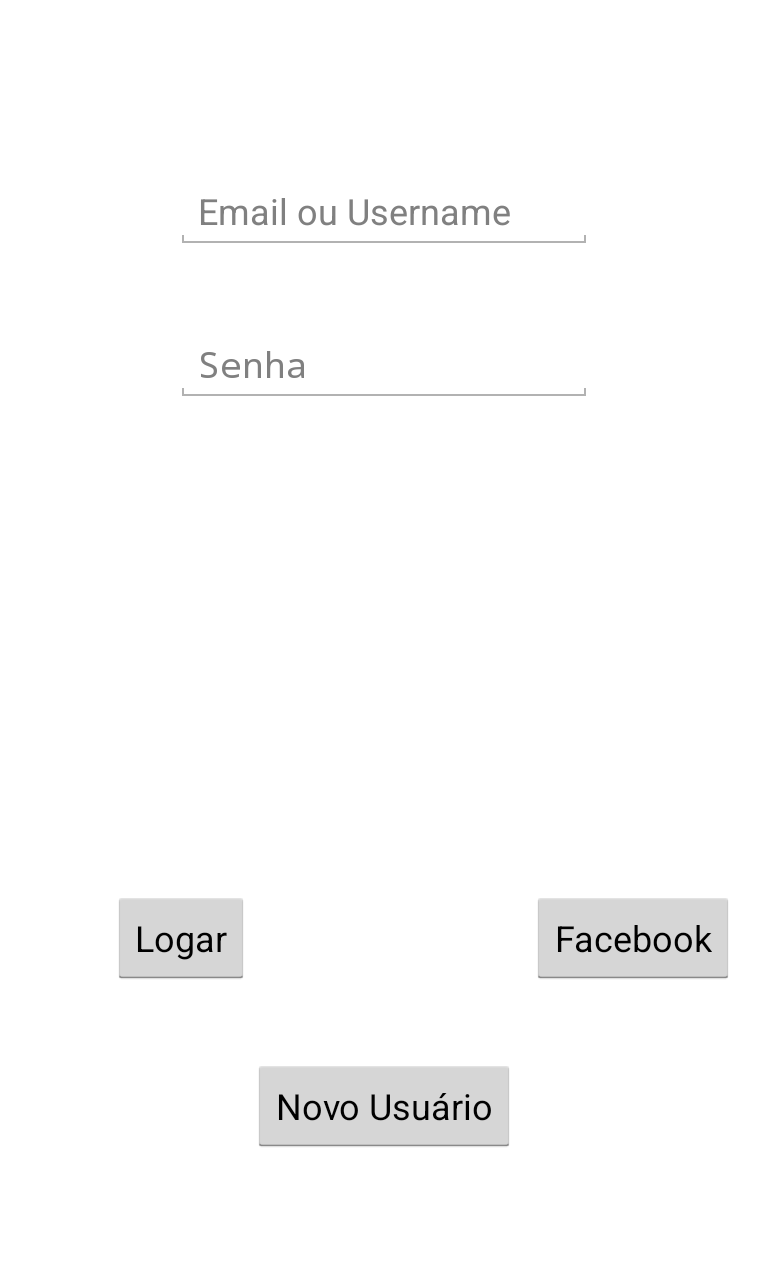
Repository: sergiofffilho/TrocandoIdeias
Layout: workspace/TrocandoIdeias/res/layout/activity_tela_login.xml
These files come from the project's save history. The layout is drawn as it stood at one moment and after the next save; the edit follows.
It is drawn on a 768 x 1280 px phone screen (xhdpi) without system bars, with theme AppTheme; the app's code is not run. The app's manifest (not shown) leaves right-to-left support off. So textAlignment, textDirection and layoutDirection are ignored, and left and right values win over start and end ones.

Above is the layout before, as saved 2015-04-28 12:38:54.

### workspace/TrocandoIdeias/res/layout/activity_tela_login.xml
<RelativeLayout xmlns:android="http://schemas.android.com/apk/res/android"
    xmlns:tools="http://schemas.android.com/tools"
    android:layout_width="match_parent"
    android:layout_height="match_parent"
    android:paddingBottom="@dimen/activity_vertical_margin"
    android:paddingLeft="@dimen/activity_horizontal_margin"
    android:paddingRight="@dimen/activity_horizontal_margin"
    android:paddingTop="@dimen/activity_vertical_margin"
    tools:context="ufc.quixada.trocandoideias.TelaLogin" >

    <EditText
        android:id="@+id/username"
        android:layout_width="wrap_content"
        android:layout_height="wrap_content"
        android:layout_alignParentTop="true"
        android:layout_centerHorizontal="true"
        android:layout_marginTop="70dp"
        android:ems="10"
        android:hint="@string/username" />

    <EditText
        android:id="@+id/senha"
        android:layout_width="wrap_content"
        android:layout_height="wrap_content"
        android:layout_below="@+id/username"
        android:layout_centerHorizontal="true"
        android:layout_marginTop="37dp"
        android:ems="10"
        android:hint="@string/senha"
        android:inputType="textPassword" />

    <Button
        android:id="@+id/login"
        android:layout_width="wrap_content"
        android:layout_height="wrap_content"
        android:layout_above="@+id/cadastro"
        android:layout_marginBottom="36dp"
        android:layout_toStartOf="@+id/cadastro"
        android:text="@string/logar"
        android:onClick="login" />

    <Button
        android:id="@+id/loginFacebook"
        android:layout_width="wrap_content"
        android:layout_height="wrap_content"
        android:layout_alignBaseline="@+id/login"
        android:layout_alignBottom="@+id/login"
        android:layout_alignParentEnd="true"
        android:onClick="select"
        android:text="@string/facebook" />

    <Button
        android:id="@+id/cadastro"
        android:layout_width="wrap_content"
        android:layout_height="wrap_content"
        android:layout_alignParentBottom="true"
        android:layout_centerHorizontal="true"
        android:layout_marginBottom="47dp"
        android:text="@string/novoUsuario"
        android:onClick="irParaCadastro"/>

</RelativeLayout>

### workspace/TrocandoIdeias/res/values/strings.xml
<?xml version="1.0" encoding="utf-8"?>
<resources>

    <string name="app_name">TrocandoIdeias</string>
    <string name="hello_world">Hello world!</string>
    <string name="action_settings">Settings</string>
    <string name="username">Email ou Username</string>
    <string name="email">Email</string>
    <string name="usernameCadastro">Username</string>
    <string name="senha">Senha</string>
    <string name="logar">Logar</string>
    <string name="novoUsuario">Novo Usuário</string>
    <string name="facebook">Facebook</string>
    <string name="cadastro">Cadastrar</string>
    <string name="title_activity_cadastro">Cadastro</string>
    <string name="title_activity_add_projetos">AddProjetos</string>

</resources>

Loaded but not shown: workspace/TrocandoIdeias/res/values/styles.xml (common file); workspace/TrocandoIdeias/res/values-v11/styles.xml (common file); workspace/TrocandoIdeias/res/values-v14/styles.xml (common file); workspace/TrocandoIdeias/res/values/dimens.xml (common file); workspace/TrocandoIdeias/res/values-w820dp/dimens.xml (common file)

After the next save:
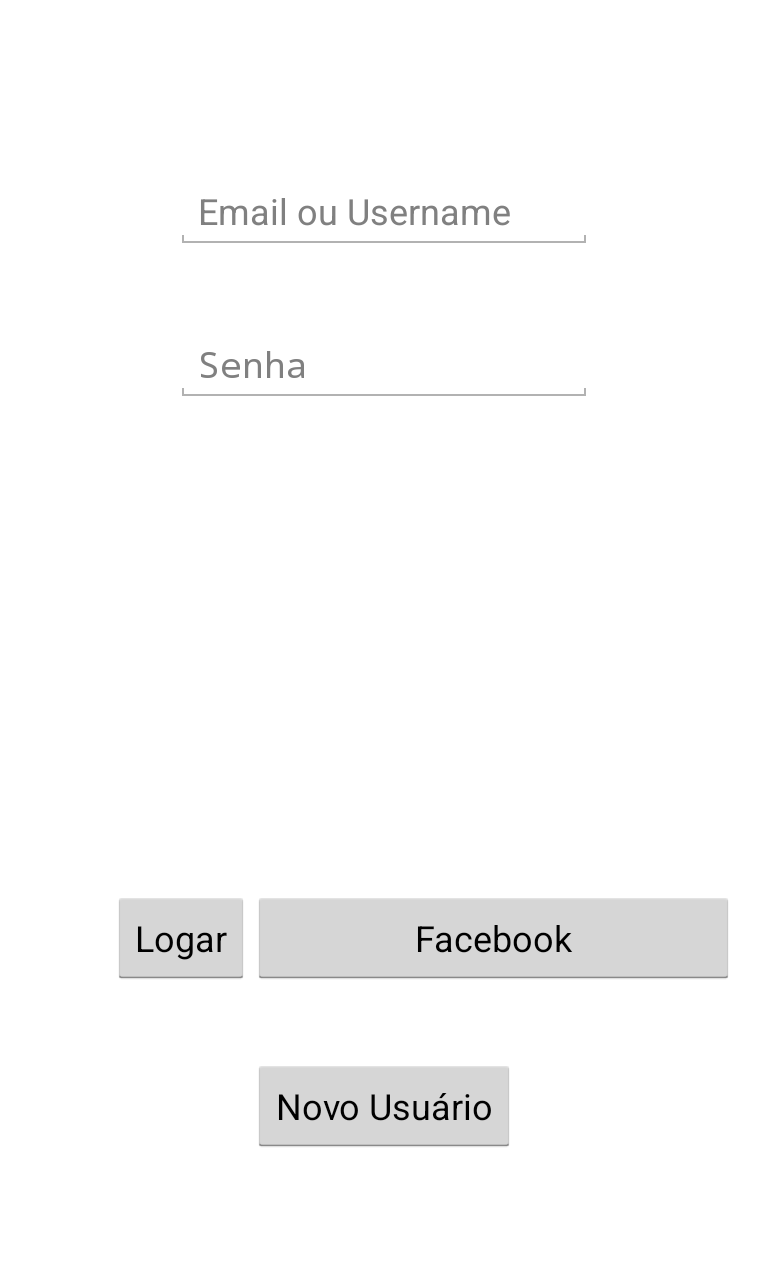
Saved 79 s later.
--- a/workspace/TrocandoIdeias/res/layout/activity_tela_login.xml
+++ b/workspace/TrocandoIdeias/res/layout/activity_tela_login.xml
@@ -46,6 +46,7 @@
         android:layout_alignBaseline="@+id/login"
         android:layout_alignBottom="@+id/login"
         android:layout_alignParentEnd="true"
+        android:layout_toEndOf="@id/login"
         android:onClick="select"
         android:text="@string/facebook" />
 

After the 3 saves that followed:
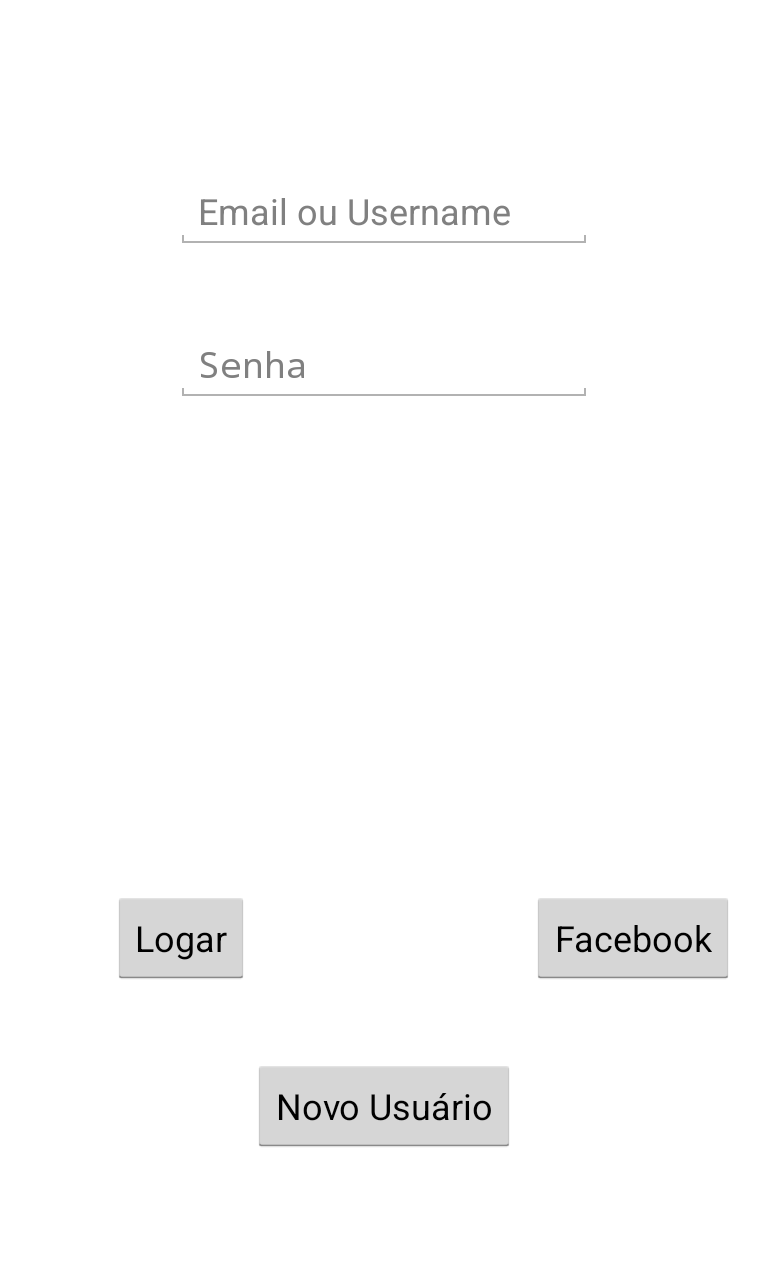
The 3 saves are shown as one change because 1 left the picture as it was and some came seconds apart.
The last was saved 35 s later.
--- a/workspace/TrocandoIdeias/res/layout/activity_tela_login.xml
+++ b/workspace/TrocandoIdeias/res/layout/activity_tela_login.xml
@@ -46,7 +46,6 @@
         android:layout_alignBaseline="@+id/login"
         android:layout_alignBottom="@+id/login"
         android:layout_alignParentEnd="true"
-        android:layout_toEndOf="@id/login"
         android:onClick="select"
         android:text="@string/facebook" />
 
